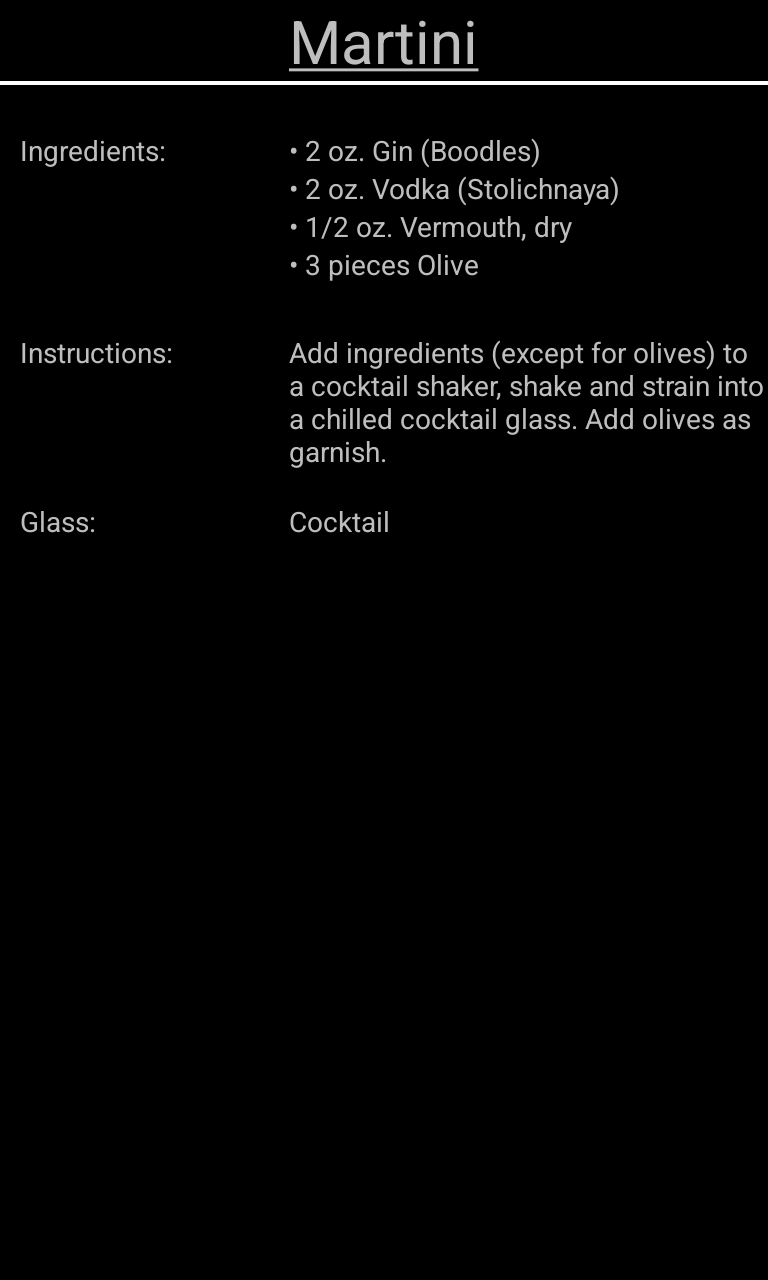
Repository: caltangelo/Drinkables
Layout: CocktailView/res/layout/main.xml
These files come from the project's save history. The layout is drawn as it stood at one moment and after the next save; the edit follows.
It is drawn on a 768 x 1280 px phone screen (xhdpi) without system bars, with theme android:Theme; the app's code is not run.

Above is the layout before, as saved 2011-09-22 21:12:47.

After the next save:
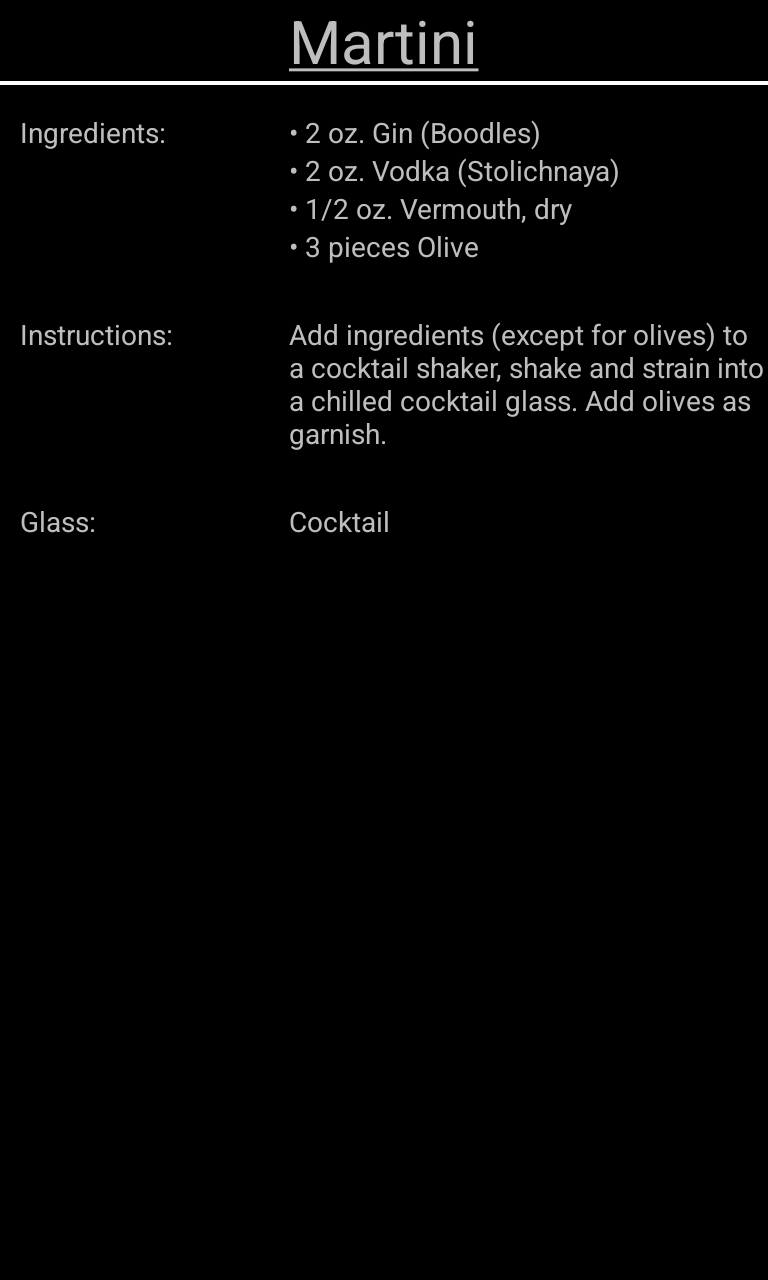
Saved 24 s later.
--- a/CocktailView/res/layout/main.xml
+++ b/CocktailView/res/layout/main.xml
@@ -13,7 +13,7 @@
 	<TextView android:layout_height="wrap_content" android:id="@+id/ingredient_label"
 		android:text="Ingredients: " android:layout_width="wrap_content"
 		android:layout_below="@+id/drinkname"
-		android:layout_marginLeft="10dp" android:layout_marginTop="25dp" />
+		android:layout_marginLeft="10dp" android:layout_marginTop="16dp" />
 	<TableLayout android:layout_height="wrap_content"
 		android:id="@+id/ingredient_table" android:layout_width="wrap_content"
 		android:layout_alignTop="@+id/ingredient_label"
@@ -55,7 +55,7 @@
 
 	<TextView android:id="@+id/glass_label" android:layout_width="wrap_content"
 		android:layout_height="wrap_content" android:layout_below="@id/instructions"
-		android:layout_alignLeft="@id/ingredient_label" android:text="Glass:" android:layout_marginTop="16dp"/>
+		android:layout_alignLeft="@id/ingredient_label" android:text="Glass:" android:layout_marginTop="25dp"/>
 	<TextView android:id="@+id/glass_type"
 		android:layout_toRightOf="@id/glass_label" android:text="@string/drink_glass"
 		android:layout_height="wrap_content" android:layout_width="wrap_content"
